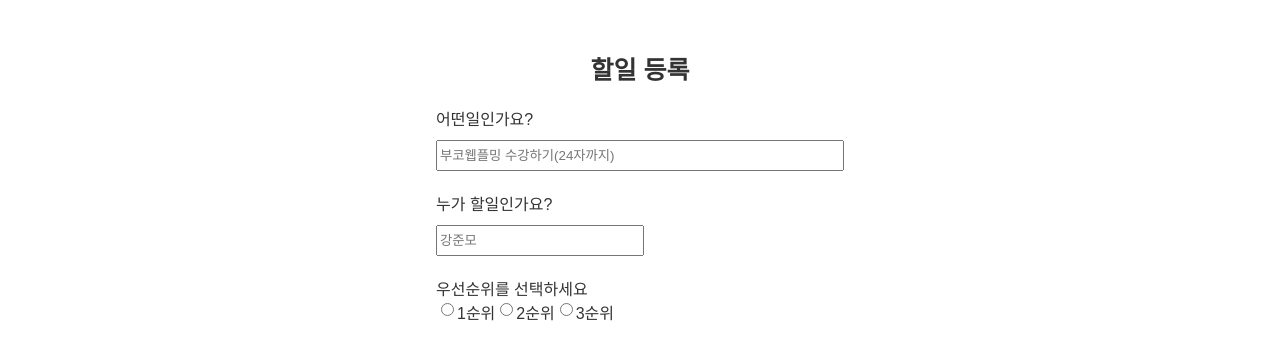
Repository: JmKanmo/BoostCourse_WebProgramming
Page: http://localhost/Todo/TodoFormServlet
The author's editor kept a copy of each file at every save. The page is drawn from the files as they stood at one save, then again after the next save.
The browser window is 1280 px wide. The pictures show the whole page.
The page is served by Tomcat 9. Other server files are loaded and not shown.

Above is the page before, as saved 2020-01-20 23:46:41.

### Todo/src/main/webapp/todoForm.jsp
<%@ page language="java" contentType="text/html; charset=UTF-8"
	pageEncoding="UTF-8"%>
<!DOCTYPE html>
<html>
<head>
<meta charset="UTF-8">
<title>Insert title here</title>
<link rel="stylesheet" href="./css/todoForm.css">
</head>

<body>
	<div class="wrap">
		<form action="">
			<h1 class="title">할일 등록</h1>

			<div class="work_box">
				<label for="work">어떤일인가요?</label> <input type="text" id="work"
					class="workInput" placeholder="부코웹플밍 수강하기(24자까지)" required />
			</div>

			<div class="who_box">
				<label for="who">누가 할일인가요?</label> <input type="text" id="who"
					class="whoInput" placeholder="강준모" required />
			</div>

			<div class="priority_box clear_fix">
				<label for="priority_1th">우선순위를 선택하세요</label>

				<div class="priority clear_fix">
					<input type="radio" id="priority_1th" name="priority" value="1th">
					<label for="priority_1th">1순위</label>
				</div>

				<div class="priority clear_fix">
					<input type="radio" id="priority_2th" name="priority" value="2th">
					<label for="priority_2th">2순위</label>
				</div>

				<div class="priority clear_fix">
					<input type="radio" id="priority_3th" name="priority" value="3th">
					<label for="priority_3th">3순위</label>
				</div>
			</div>


		</form>
	</div>
</body>
</html>

### Todo/src/main/java/Todo/TodoFormServlet.java
package Todo;

import java.io.IOException;

import javax.servlet.RequestDispatcher;
import javax.servlet.ServletException;
import javax.servlet.annotation.WebServlet;
import javax.servlet.http.HttpServlet;
import javax.servlet.http.HttpServletRequest;
import javax.servlet.http.HttpServletResponse;

/**
 * Servlet implementation class TodoFormServlet
 */
@WebServlet("/TodoFormServlet")
public class TodoFormServlet extends HttpServlet {
	private static final long serialVersionUID = 1L;

	/**
	 * @see HttpServlet#HttpServlet()
	 */
	public TodoFormServlet() {
		super();
		// TODO Auto-generated constructor stub
	}

	/**
	 * @see HttpServlet#doGet(HttpServletRequest request, HttpServletResponse
	 *      response)
	 */
	protected void doGet(HttpServletRequest request, HttpServletResponse response)
			throws ServletException, IOException {
		// TODO Auto-generated method stub
		RequestDispatcher requestDispatcher = getServletContext().getRequestDispatcher("/todoForm.jsp");
		requestDispatcher.forward(request, response);
	}

}

### Todo/src/main/webapp/css/todoForm.css
@charset "utf-8";

/* 초기화 */
html, body, h1, h2, h3, ul, ol, p, a, dl, dt, dd, figure {
	margin: 0;
	padding: 0;
	font-family: '나눔 고딕', NanumGothic, '돋움', Dotum, sans-serif;
	list-style: none;
	font-weight: normal;
	text-decoration: none;
	outline: none;
	color: #333;
}

.clear_fix::after {
	display: block;
	content: "";
	clear: both;
}

.blind {
	position: absolute;
	clip: rect(0, 0, 0, 0);
	width: 1px;
	height: 1px;
	margin: -1px;
	overflow: hidden;
}

.wrap {
	width: max-content;
	margin: 50px auto;
}

.wrap .title {
	font-size: 25px;
	text-align: center;
	font-weight: bold;
	text-align: center;
}

.work_box, .who_box, .priority_box {
	margin-top: 20px;
}

.work_box input {
	width: 400px;
	height: 25px;
	margin-top:10px;
}

.wrap label {
	display: block;
}

.who_box input {
	margin-top:10px;
	height: 25px;
	width: 200px;
}

.priority_box .priority {
	float: left;
}

.priority label, .priority input {
	float: left;
}

After the next save:
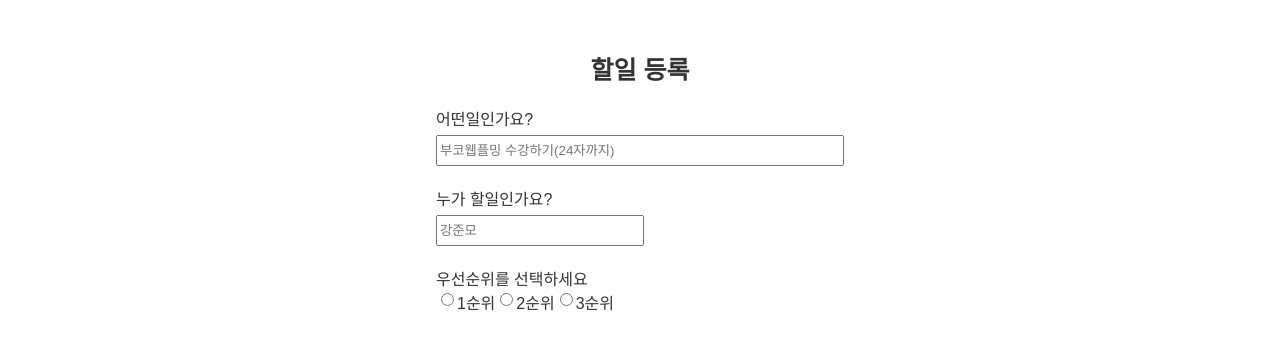
Saved 14 s later.
--- a/Todo/src/main/webapp/css/todoForm.css
+++ b/Todo/src/main/webapp/css/todoForm.css
@@ -46,7 +46,7 @@ html, body, h1, h2, h3, ul, ol, p, a, dl, dt, dd, figure {
 .work_box input {
 	width: 400px;
 	height: 25px;
-	margin-top:10px;
+	margin-top:5px;
 }
 
 .wrap label {
@@ -54,7 +54,7 @@ html, body, h1, h2, h3, ul, ol, p, a, dl, dt, dd, figure {
 }
 
 .who_box input {
-	margin-top:10px;
+	margin-top:5px;
 	height: 25px;
 	width: 200px;
 }
